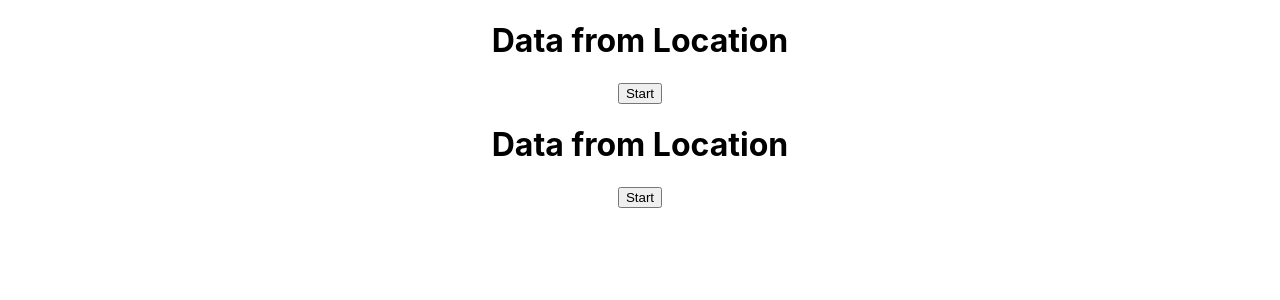
Repository: Imprasna/practising-API
Page: /
These files come from the project's save history. The page is drawn as it stood at one moment and after the next save; the edit follows.
The browser window is 1280 px wide. The pictures show the whole page.
The project was rebuilt for these pictures with package versions that can differ from the ones it lists, and the page was loaded fresh each time.

Above is the page before, as saved 2021-11-06 11:19:20.

### src/App.js
import './App.css';
import Get from './Get'

function App() {
  return (
    <div className="App">
      <Get />
    </div>
  );
}

export default App;

### src/Get.js
import React, {useState} from 'react';
import axios from 'axios';

const Get = () =>
{
    const [getPost, setGetPost] = useState([]);

    React.useEffect = (() =>
    {
        getData();
    }, []);


    const getData = async () =>
    {
        try {
            const res = await axios.get('http://api.weatherapi.com/v1/current.json?key=b572a200fc624a6a85671436211310&q=Coimbatore&aqi=yes')
            // console.log(res.data.current);
            // console.log(res.data.location);
            setGetPost(res.data);
            console.log(getPost);
            // console.log(res.data.current);
            // setGetPost({res});
        }
        catch (err) {

            console.log(err);
        }
    }
    console.log(getPost);

    return (
        <div>
            <h1>Data from Location</h1>
            <button onClick={getData}>Start</button>
            <p>{ getPost != null && getPost.location != null && getPost.location.name != null && getPost.location.name ? getPost.location.name : undefined }</p>
            <p>{ getPost != null && getPost.location != null && getPost.location.region != null && getPost.location.region ? getPost.location.region : undefined }</p>
            <p>{ getPost != null && getPost.location != null && getPost.location.localtime != null && getPost.location.localtime ? getPost.location.localtime : undefined }</p>
            <p>{ getPost != null && getPost.location != null && getPost.location.tz_id != null && getPost.location.tz_id ? getPost.location.tz_id : undefined }</p>
            <p>{getPost != null && getPost.location != null && getPost.location.country != null && getPost.location.country ? getPost.location.country : undefined}</p>

            <h1>Data from Location</h1>
            <button onClick={getData}>Start</button>
            <p>{ getPost != null && getPost.location != null && getPost.location.name != null && getPost.location.name ? getPost.location.name : undefined }</p>
            <p>{ getPost != null && getPost.location != null && getPost.location.region != null && getPost.location.region ? getPost.location.region : undefined }</p>
            <p>{ getPost != null && getPost.location != null && getPost.location.localtime != null && getPost.location.localtime ? getPost.location.localtime : undefined }</p>
            <p>{ getPost != null && getPost.location != null && getPost.location.tz_id != null && getPost.location.tz_id ? getPost.location.tz_id : undefined }</p>
            <p>{ getPost != null && getPost.location != null && getPost.location.country != null && getPost.location.country ? getPost.location.country : undefined }</p>
            {/* <p>{getPost.map((i) =>
            {
                return (
                    <p>{i }</p>
                )
            })}</p> */}
        </div>
    )
}

export default Get;

Loaded but not shown: public/index.html (common file); src/index.js (common file); src/index.css (common file); src/App.css (common file)

After the next save:
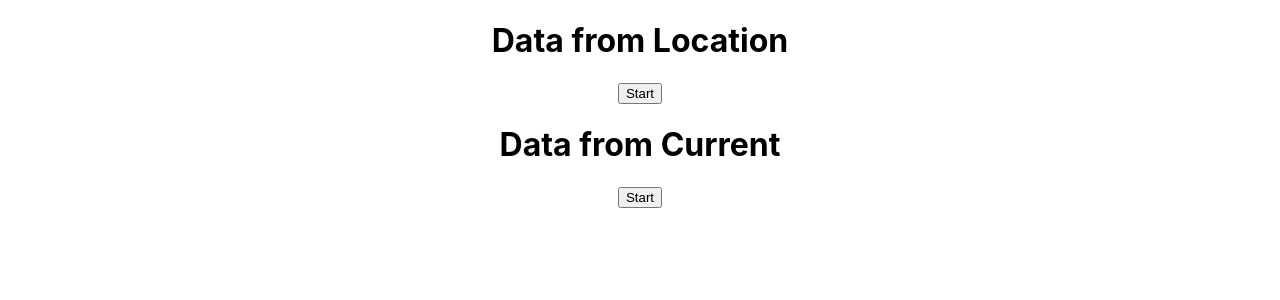
Saved 13 s later.
--- a/src/Get.js
+++ b/src/Get.js
@@ -39,7 +39,7 @@ const Get = () =>
             <p>{ getPost != null && getPost.location != null && getPost.location.tz_id != null && getPost.location.tz_id ? getPost.location.tz_id : undefined }</p>
             <p>{getPost != null && getPost.location != null && getPost.location.country != null && getPost.location.country ? getPost.location.country : undefined}</p>
 
-            <h1>Data from Location</h1>
+            <h1>Data from Current</h1>
             <button onClick={getData}>Start</button>
             <p>{ getPost != null && getPost.location != null && getPost.location.name != null && getPost.location.name ? getPost.location.name : undefined }</p>
             <p>{ getPost != null && getPost.location != null && getPost.location.region != null && getPost.location.region ? getPost.location.region : undefined }</p>
